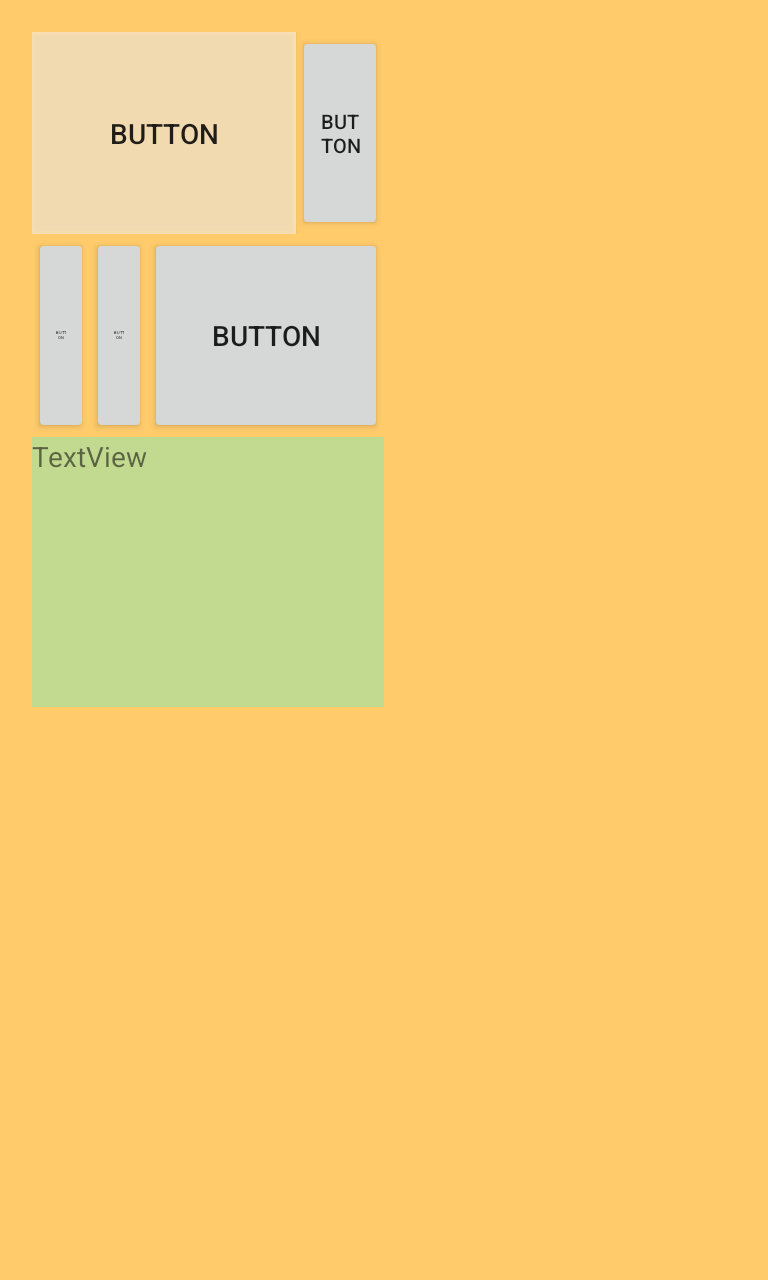
Repository: HarithaAmmuHari/Project
Layout: Senthil1/res/layout/activity_main.xml
The author's editor kept a copy of each file at every save. The layout is drawn from the files as they stood at one save, then again after the next save.
It is drawn on a 768 x 1280 px phone screen (xhdpi) without system bars, with theme AppTheme; the app's code is not run.

Above is the layout before, as saved 2015-01-19 10:22:47.

### Senthil1/res/layout/activity_main.xml
<LinearLayout xmlns:android="http://schemas.android.com/apk/res/android"
    xmlns:tools="http://schemas.android.com/tools"
    android:id="@+id/LinearLayout1"
    android:layout_width="match_parent"
    android:layout_height="match_parent"
    android:orientation="horizontal"
    android:paddingBottom="@dimen/activity_vertical_margin"
    android:paddingLeft="@dimen/activity_horizontal_margin"
    android:paddingRight="@dimen/activity_horizontal_margin"
    android:paddingTop="@dimen/activity_vertical_margin"
    android:weightSum="6.0"
    android:background="#FFCB6B"
    tools:context="com.example.senthil1.MainActivity" >

    <LinearLayout
        android:layout_width="0dp"
        android:layout_height="match_parent"
        android:layout_weight="3.0"
        android:orientation="vertical"
        android:weightSum="9.0" >

        <LinearLayout
            android:layout_width="match_parent"
            android:layout_height="0dp"
            android:layout_weight="3.0"
            android:orientation="vertical"
            android:weightSum="4.0" >

            <LinearLayout
                android:layout_width="match_parent"
                android:layout_height="0dp"
                android:orientation="horizontal"
                android:layout_weight="2.0"
                android:weightSum="4.0" >

                <Button
                    android:id="@+id/button1"
                    android:layout_width="0dp"
                    android:layout_height="match_parent"
                    android:text="Button"
                    android:background="#80ffffff"
                    android:layout_weight="3.0"/>

                <Button
                    android:id="@+id/button2"
                    android:layout_width="0dp"
                    android:layout_height="match_parent"
                    android:layout_weight="1.0"
                    android:text="Button"
                    android:textSize="10sp" />

            </LinearLayout>

            <LinearLayout
                android:layout_width="match_parent"
                android:layout_height="0dp"
                android:layout_weight="2.0"
                android:weightSum="6.0"
                android:orientation="horizontal" >

                <Button
                    android:id="@+id/button3"
                    android:layout_width="0dp"
                    android:layout_height="match_parent"
                     android:textSize="2sp"
                     android:layout_weight="1.0"
                    android:text="Button" />

                <Button
                    android:id="@+id/button4"
                    android:layout_width="0dp"
                    android:layout_height="match_parent"
                    android:layout_weight="1.0"
                    android:text="Button"
                    android:textSize="2sp" />

                <Button
                    android:id="@+id/button5"
                    android:layout_width="0dp"
                    android:layout_height="match_parent"
                     android:layout_weight="4.0"
                    android:text="Button" />

            </LinearLayout>

        </LinearLayout>

        <LinearLayout
            android:layout_width="match_parent"
            android:layout_height="0dp"
            android:layout_weight="2.0"
            android:orientation="vertical" >

            <TextView
                android:id="@+id/textView1"
                android:layout_width="match_parent"
                android:layout_height="match_parent"
                android:background="#451EFFF3"
                android:text="TextView" />

            <TextView
                android:id="@+id/textView2"
                android:layout_width="0dp"
                android:layout_height="wrap_content"
                android:text="TextView"
                android:background="#C870FF" />

        </LinearLayout>

    </LinearLayout>

    <LinearLayout
        android:layout_width="0dp"
        android:layout_height="match_parent"
        android:layout_weight="3.0"
        android:orientation="vertical" >
    </LinearLayout>

</LinearLayout>

Loaded but not shown: Senthil1/res/values/styles.xml (common file); Senthil1/res/values-v11/styles.xml (common file); Senthil1/res/values-v14/styles.xml (common file); Senthil1/res/values/dimens.xml (common file); Senthil1/res/values-w820dp/dimens.xml (common file)

After the next save:
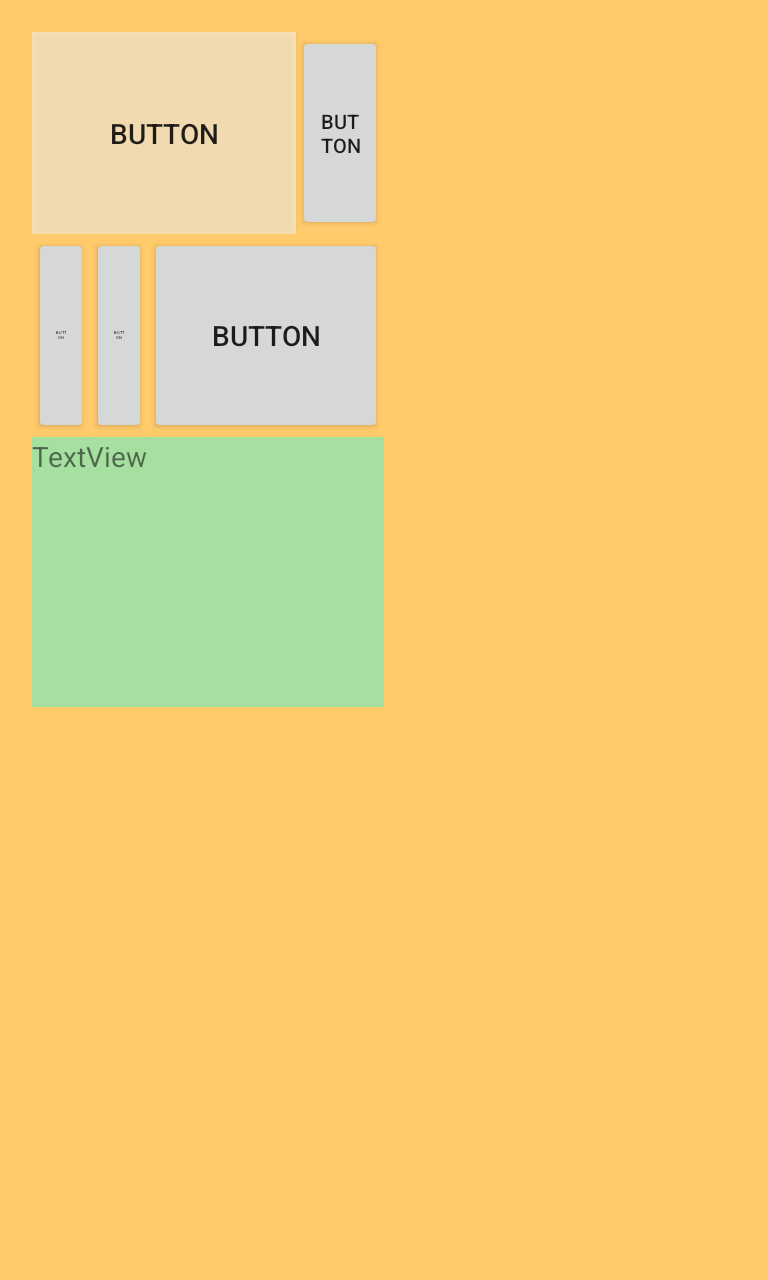
Saved 80 s later.
--- a/Senthil1/res/layout/activity_main.xml
+++ b/Senthil1/res/layout/activity_main.xml
@@ -95,15 +95,8 @@
                 android:id="@+id/textView1"
                 android:layout_width="match_parent"
                 android:layout_height="match_parent"
-                android:background="#451EFFF3"
+                android:background="#651EFFF3"
                 android:text="TextView" />
-
-            <TextView
-                android:id="@+id/textView2"
-                android:layout_width="0dp"
-                android:layout_height="wrap_content"
-                android:text="TextView"
-                android:background="#C870FF" />
 
         </LinearLayout>
 
